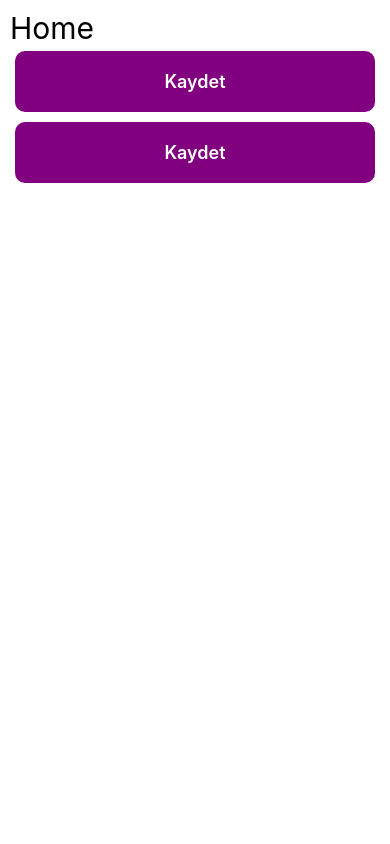
Repository: Kubraaygun/ReactNativeMVVM
Screen: /
An editor plug-in stored every save of this project. The screen is shown before and after the next save, followed by the edit.
The app was drawn by React Native's web renderer in a window 390 px wide. The project was rebuilt for these pictures with package versions that can differ from the ones it lists, and the page was loaded fresh each time.

Above is the screen before, as saved 2024-12-12 01:14:53.

After the next save:
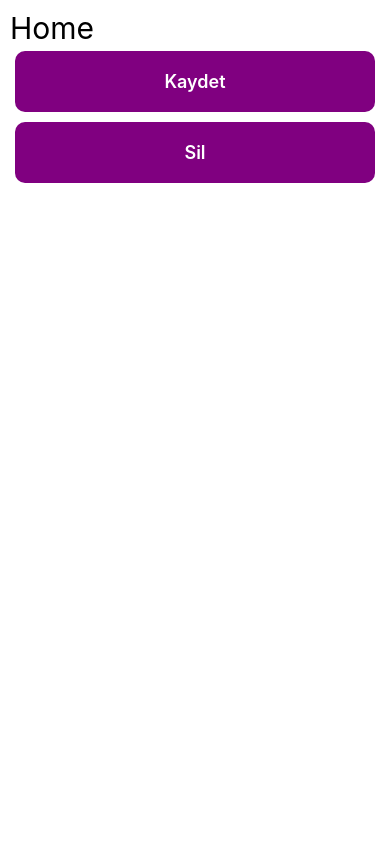
Saved 6 s later.
--- a/src/screens/home/index.jsx
+++ b/src/screens/home/index.jsx
@@ -10,7 +10,7 @@ const Home = () => {
       <View style={styles.screen}>
         <Text style={{fontSize: 30}}>Home</Text>
         <Button onPress={() => Alert.alert('merhaba')} title="Kaydet" />
-        <Button onPress={() => Alert.alert('merhaba')} title="Kaydet" />
+        <Button onPress={() => Alert.alert('merhaba')} title="Sil" />
       </View>
     </SafeAreaView>
   );
